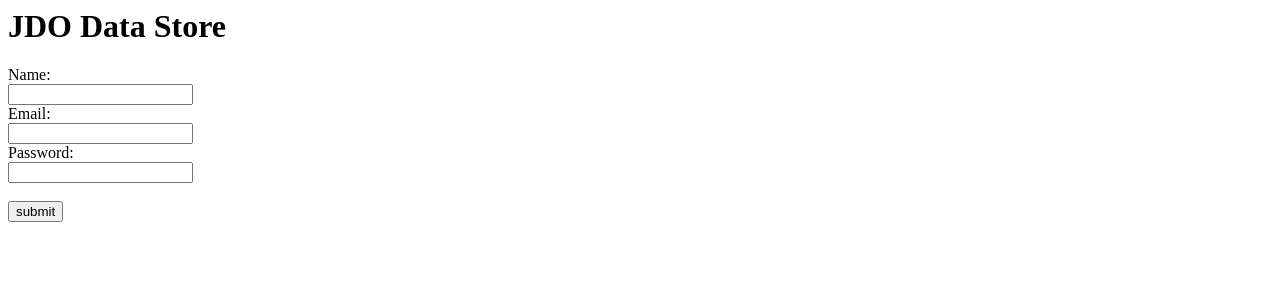
Repository: TharanyaM/Adaptavant--project
Page: Jdo/war/index.html
These files come from the project's save history. The page is drawn as it stood at one moment and after the next save; the edit follows.
The browser window is 1280 px wide. The pictures show the whole page.

Above is the page before, as saved 2015-10-16 11:15:32.

After the next save:
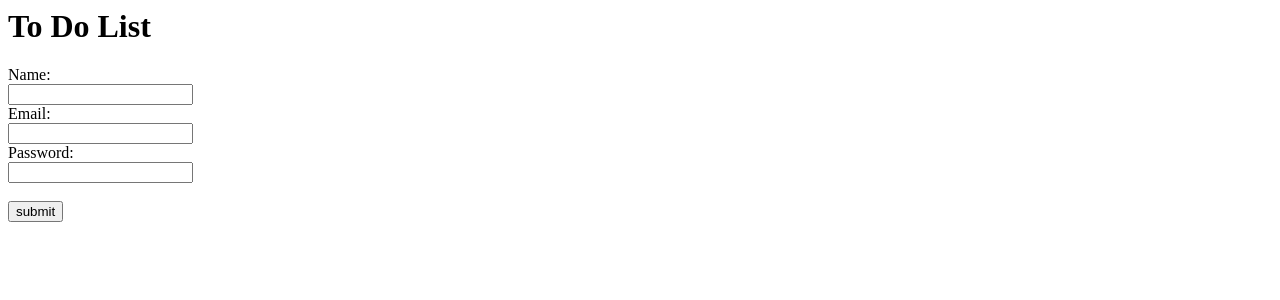
Saved 31 s later.
--- a/Jdo/war/index.html
+++ b/Jdo/war/index.html
@@ -9,11 +9,11 @@
 <html>
   <head>
     <meta http-equiv="content-type" content="text/html; charset=UTF-8">
-    <title>datastore</title>
+    <title>To Do</title>
   </head>
 
   <body>
-    <h1>JDO Data Store</h1>
+    <h1>To Do List</h1>
 
     <form action="/StuDetails" method="get">
   Name:<br>
